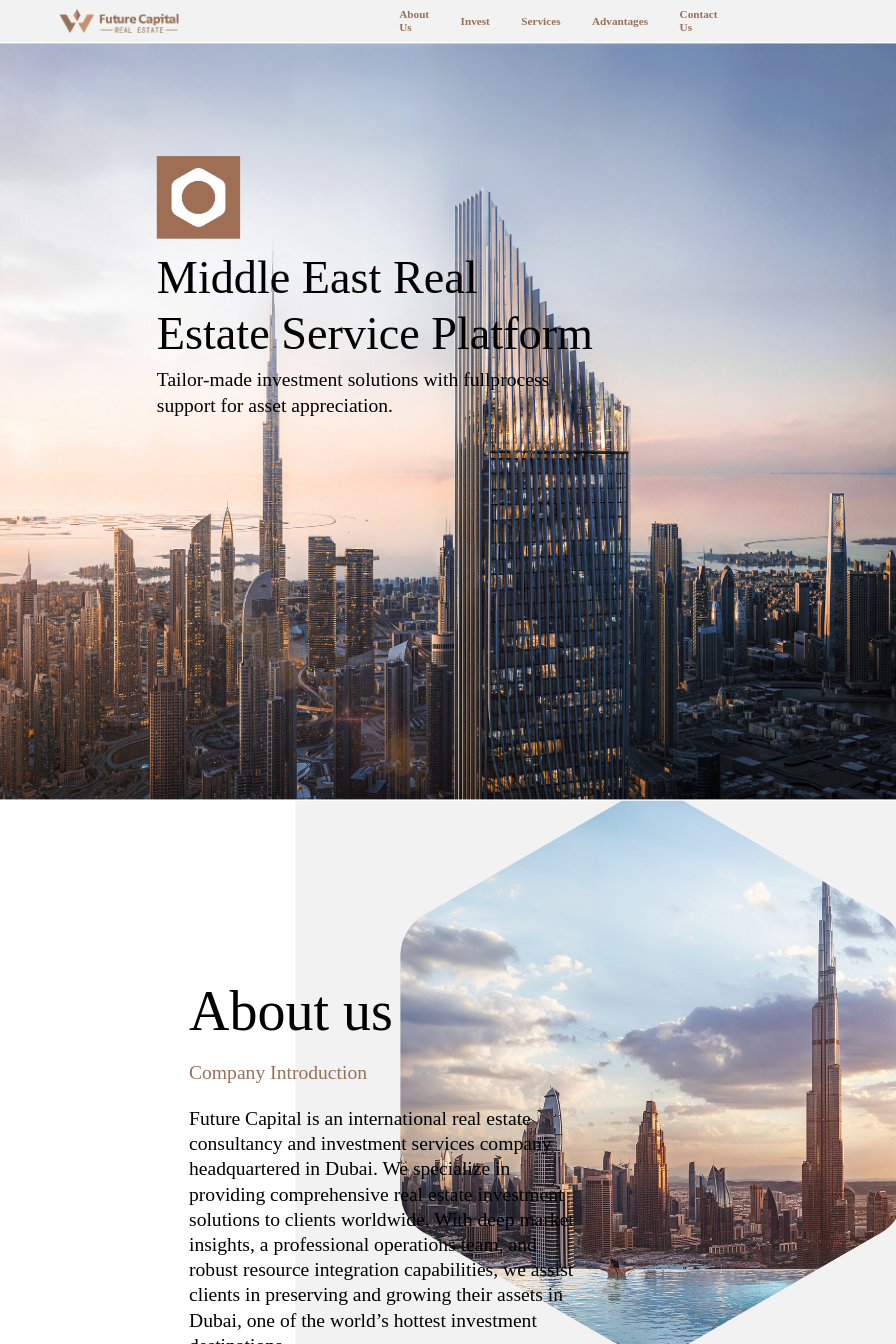
Repository: hcliu987/FutureCapital
Page: /
These files come from the project's save history. The page is drawn as it stood at one moment and after the next save; the edit follows.
The browser window is 1280 px wide. The pictures show the part of the page from y = 0 to 1920 px (the page is 8610 px tall), at 70% of full size.
The project was rebuilt for these pictures with package versions that can differ from the ones it lists, and the page was loaded fresh each time. Also part of the build but not shown: vue.config.js.

Above is the page before, as saved 2025-01-14 23:46:00.

### src/App.vue
<template>
  <homePage />
</template>

<script setup>
import homePage from "./components/homePage.vue";
</script>

<style>
html,
body {
  margin: 0;
}
</style>

### src/components/homePage.vue
<template>
  <div class="homePage">
    <div class="nav">
      <div class="left">
        <img class="toplogo" src="@/assets/logo.png" />
      </div>
      <div class="right">
        <div><a href="#aboutUs">About Us</a></div>
        <div><a href="#invest">Invest</a></div>
        <div><a href="#services">Services</a></div>
        <div><a href="#advantages">Advantages</a></div>
        <div><a href="#contactUs">Contact Us</a></div>
      </div>
    </div>
    <div class="aboutUs" id="aboutUs">
      <img class="img_bg" src="@/assets/aboutUs_bg1.jpg" />
      <img class="logo" src="@/assets/aboutUs_logo.png" />
      <div class="title">Middle East Real</div>
      <div class="title">Estate Service Platform</div>
      <div class="subInfo m1">
        Tailor-made investment solutions with fullprocess
      </div>
      <div class="subInfo">support for asset appreciation.</div>
    </div>
    <div class="aboutUs2">
      <div class="left"></div>
      <div class="right">
        <img src="@/assets/aboutUs_bg2.png" />
      </div>
      <div class="con_txt">
        <div class="title">About us</div>
        <div class="subtitle">Company Introduction</div>
        <div class="intro">
          Future Capital is an international real estate consultancy and
          investment services company headquartered in Dubai. We specialize in
          providing comprehensive real estate investment solutions to clients
          worldwide. With deep market insights, a professional operations team,
          and robust resource integration capabilities, we assist clients in
          preserving and growing their assets in Dubai, one of the world’s
          hottest investment destinations.
        </div>
      </div>
    </div>
    <div class="aboutUs3">
      <div class="left">
        <img src="@/assets/aboutUs_bg3.png" />
      </div>
      <div class="right"></div>
      <div class="con_txt">
        <div class="title">Company Vision</div>
        <div class="line"></div>
        <div class="info">
          Whether you are looking for an ideal home or exploring high-yield
          investment opportunities, Future Capital is committed to a
          customer-first philosophy. <br /><br />
          We deliver tailored investment support through exceptional service
          quality and forward-thinking market analysis, ensuring a personalized
          experience for every client.
        </div>
      </div>
    </div>
    <div class="invest" id="invest">
      <div class="top">
        <div class="title">New Opportunities</div>
        <div class="title">for Global Asset Allocation</div>
        <div class="line"></div>
      </div>
      <div class="bottom">
        <div class="row">
          <div class="item">
            <div class="pre">0%</div>
            <div class="text">
              Tax Incentives: Zero personal income tax.Zero capital gains tax.
            </div>
          </div>
          <div class="item">
            <div class="pre">6%-8%</div>
            <div class="text">
              Leading Investment Returns:The real estate market offers an
              average annual rental yield of 6%-8%.
            </div>
          </div>
          <div class="item">
            <div class="pre">12%</div>
            <div class="text">
              High-End Residential Growth:Luxury residential projects boast an
              annual sales growth rate exceeding 12%.
            </div>
          </div>
        </div>
        <div class="row">
          <div class="item">
            <div class="pre">100%</div>
            <div class="text">
              Non-UAE investors can achieve 100% foreign ownership.
            </div>
          </div>
          <div class="item">
            <div class="pre">80%</div>
            <div class="text">
              Over 80% of the population in Dubai consists of expatriates,
              leading to steadily growing housing demand.
            </div>
          </div>
          <div class="item">
            <div class="pre">60%</div>
            <div class="text">
              Located at the intersection of Europe, Asia, and Africa, 60% of
              global markets are within an 8-hour flight radius.
            </div>
          </div>
        </div>
        <div class="btext m1">
          Dubai, as a world-leading international metropolis, serves not only as
          the economic and trade hub of
        </div>
        <div class="btext">
          the Middle East but also as a focal point for global investors.
        </div>
      </div>
    </div>
    <div class="services" id="services">
      <div class="top">
        <div class="line"></div>
        <div class="item">
          <div class="title">Our Services</div>
          <div>
            Assist the rental of of primary and secondary commercial/residential
            properties.
          </div>
          <div>
            Assist the rental of of primary and secondary commercial/residential
            properties.
          </div>
        </div>
      </div>
      <div class="imgs">
        <img class="img1" src="@/assets/services_bg1.png" />
        <img class="img2" src="@/assets/services_bg2.png" />
      </div>
    </div>
    <div class="advantages1" id="advantages">
      <img src="@/assets/advantages_bg1.jpg" />
      <div class="title">Our Advantages</div>
    </div>
    <div class="advantages2">
      <div class="top">
        <div class="item">
          <div class="title">Company Introduction</div>
          <div class="info">
            A professional real estate consultancy team offering accurate market
            analysis and expert advice.
          </div>
        </div>
        <div class="item h1">
          <div class="title">High-End Resource Integration</div>
          <div class="info">
            Collaborating with Dubai’s top developers, such as EMAAR, Nakheel,
            and DAMAC, to provide exclusive properties and premium resources.
          </div>
        </div>
        <div class="item h1">
          <div class="title">Customer First</div>
          <div class="info">
            Placing client needs at the core, delivering full process,
            comprehensive support from property selection to investment
            implementation.
          </div>
        </div>
        <div class="item">
          <div class="title">Global Perspective</div>
          <div class="info">
            Serving clients worldwide, including investors from China, the UK,
            India, Europe, and Gulf countries.
          </div>
        </div>
      </div>
      <div class="img">
        <img src="@/assets/advantages_bg2.png" />
      </div>
    </div>
    <div class="contact" id="contactUs">
      <div class="left">
        <img src="@/assets/contact_bg2.png" />
      </div>
      <div class="right">
        <img src="@/assets/contact_bg1.png" />
      </div>
      <div class="content">
        <div class="title">
          <img src="@/assets/aboutUs_logo.png" />
          <div class="text">Contact US</div>
        </div>
        <div class="info">
          Thank you for your interest and trust in us! For more information
          about our projects or to discuss any inquiries and collaboration
          opportunities, feel free to reach out to our professional team. You
          can contact us through the following channels, and we look forward to
          providing you with the best service.
        </div>
        <div class="detail">
          <div class="key">Phone</div>
          <div class="value">+971 50 350 8883</div>
        </div>
        <div class="detail">
          <div class="key">Email</div>
          <div class="value">michael@futurecapital.ae</div>
        </div>
        <div class="detail">
          <div class="key">Address</div>
          <div class="value">
            3rd Floor Westburry Tower, Al Abraj Street Business Bay, Dubai
          </div>
        </div>
        <div class="end">
          We look forward to working with you to build a better future !
        </div>
      </div>
    </div>
  </div>
</template>

<script setup>
</script>


<style scoped>
.homePage {
  max-width: 1920px;
}
.nav {
  height: 60px;
  background: #f2f2f2;
  display: flex;
  align-items: center;
  justify-content: space-between;
  padding: 0 210px 0 85px;
  margin-bottom: 2px;
}
.nav .left {
  display: flex;
  align-items: center;
}
.nav .left img {
  margin-right: 12px;
}
.nav .right {
  display: flex;
  align-items: center;
  justify-content: end;
  width: 100%;
}
.nav .right div {
  margin-right: 45px;
  color: #987159;
  cursor: pointer;
  font-size: 16px;
  font-weight: bold;
}
.nav .right a {
  color: #987159;
  text-decoration: none;
}
.aboutUs {
  width: 100%;
  position: relative;
  min-height: 1080px;
  margin-bottom: 2px;
}
.aboutUs .img_bg {
  max-width: 100%;
  position: absolute;
  min-height: 1080px;
}
.aboutUs .logo {
  width: 118.5px;
  height: 118.5px;
  margin: 160.5px 0 12px 224px;
  position: relative;
  z-index: 1;
}
.nav .left .toplogo{
  width: 35%;
  height: 35%;
}
.aboutUs .title {
  margin-left: 224px;
  font-size: 66px;
  font-weight: 400;
  color: #000;
  line-height: 80px;
  position: relative;
  z-index: 1;
  font-family: ;
}
.aboutUs .subInfo {
  margin-left: 224px;
  font-size: 28px;
  line-height: 36px;
  position: relative;
  z-index: 1;
}
.aboutUs .m1 {
  margin-top: 8px;
}
.aboutUs2 {
  display: flex;
  width: 100%;
  min-height: 1080px;
  position: relative;
  margin-bottom: 2px;
}
.aboutUs2 .left {
  width: 33%;
  background: #fff;
}
.aboutUs2 .right {
  width: 67%;
  background: #f2f2f2;
  text-align: right;
}
.aboutUs2 .right img {
  max-width: 82.5%;
}
.aboutUs2 .con_txt {
  position: absolute;
  top: 260px;
  left: 270px;
  width: 573px;
}
.aboutUs2 .title {
  font-size: 80px;
  line-height: 80px;
  color: #000;
}
.aboutUs2 .subtitle {
  font-size: 28px;
  color: #987159;
  line-height: 36px;
  margin: 30px 0;
}
.aboutUs2 .intro {
  font-size: 28px;
  line-height: 36px;
}
.aboutUs3 .left {
  width: 55.7%;
}
.aboutUs3 {
  display: flex;
  width: 100%;
  position: relative;
  margin-bottom: 2px;
}
.aboutUs3 .right {
  width: 44.3%;
  background: #f2f2f2;
}
.aboutUs3 .con_txt {
  width: 851px;
  height: 678px;
  background: #fff;
  position: absolute;
  top: 110px;
  right: 110px;
  padding: 182px 0 0 132px;
}
.aboutUs3 .con_txt .title {
  font-size: 28px;
  color: #987159;
  line-height: 36px;
  margin-bottom: 66px;
}
.aboutUs3 .con_txt .line {
  height: 1px;
  width: 145px;
  margin-bottom: 38px;
  background: #987159;
}
.aboutUs3 .con_txt .info {
  width: 533px;
  font-size: 28px;
  line-height: 36px;
}
.invest .top {
  height: 360px;
  background: #fff;
  text-align: center;
  display: flex;
  align-items: center;
  flex-direction: column;
  justify-content: center;
}
.invest .top .title {
  font-size: 80px;
  color: #000;
  line-height: 80px;
}
.invest .top .line {
  height: 1px;
  background: #987159;
  width: 773px;
  margin-top: 32px;
}
.invest .bottom {
  height: 600px;
  background: #f2f2f2;
  padding: 90px 200px 30px 328px;
}
.invest .bottom .row {
  display: flex;
  justify-content: space-between;
}
.invest .bottom .row .item {
  height: 215px;
  width: 314px;
  margin-bottom: 40px;
}
.invest .bottom .row .pre {
  font-size: 80px;
  line-height: 80px;
  color: #987159;
  margin-bottom: 7.5px;
}
.invest .bottom .row .text {
  font-size: 20px;
  line-height: 25.2px;
  color: #000;
}
.invest .bottom .btext {
  width: 100%;
  text-align: center;
  font-size: 28px;
  line-height: 36px;
}
.invest .bottom .m1 {
  margin-top: 10px;
}
.services {
  min-height: 1080px;
  background: #fff;
  margin: 2px 0;
}
.services .top {
  height: 232px;
  padding: 150px 120px 150px 150px;
}
.services .top .line {
  width: 466px;
  height: 1px;
  background: #987159;
  margin-bottom: 65px;
}
.services .top .item {
  display: flex;
  align-items: center;
  justify-content: space-between;
  height: 106px;
}
.services .top .item div {
  max-width: 460px;
  font-size: 28px;
  line-height: 36px;
}
.services .top .item .title {
  max-width: 550px;
  font-size: 80px;
}
.services .imgs {
  display: flex;
  width: 100%;
}
.services .imgs .img1 {
  width: 67%;
}
.services .imgs .img2 {
  width: 33%;
}
.advantages1 {
  min-height: 1080px;
  margin-bottom: 2px;
  position: relative;
  display: flex;
  align-items: center;
  justify-content: center;
}
.advantages1 .title {
  font-size: 80px;
  position: relative;
  color: #fff;
  z-index: 1;
}
.advantages1 img {
  min-height: 1080px;
  width: 100%;
  position: absolute;
}
.advantages2 {
  min-height: 1080px;
  background: #fff;
  margin-bottom: 2px;
}
.advantages2 .img {
  height: 488px;
}
.advantages2 .top {
  height: 529px;
  padding: 63px 142px 0 172px;
  display: flex;
  justify-content: space-between;
}
.advantages2 .top .item {
  width: 332px;
}
.advantages2 .top .h1 {
  width: 345px;
}
.advantages2 .top .title {
  color: #987159;
  height: 180px;
  font-size: 28px;
  display: flex;
  align-items: flex-end;
  margin-bottom: 40px;
  font-weight: 700;
}
.advantages2 .top .info {
  font-size: 28px;
}
.advantages2 .img img {
  width: 100%;
  height: 100%;
}
.contact {
  display: flex;
  position: relative;
}
.contact .left {
  background: #f2f2f2;
  width: 50%;
  display: flex;
  align-items: center;
}
.contact .left img {
  max-width: 22%;
  position: relative;
  z-index: 1;
}
.contact .right {
  width: 50%;
  background: #987159;
  display: flex;
  align-items: center;
  justify-content: end;
}
.contact .right img {
  max-width: 60%;
}
.contact .content {
  width: 870px;
  height: 613px;
  position: absolute;
  top: 108px;
  left: 194px;
  background: #fff;
  padding: 129px 65px 120px 100px;
}
.contact .content .title {
  display: flex;
  align-items: flex-end;
  margin-bottom: 80px;
}
.contact .content img {
  width: 118px;
  height: 118px;
}
.contact .content .title .text {
  font-size: 80px;
  line-height: 80px;
  margin-left: 93px;
}
.contact .content .info {
  font-size: 28px;
  line-height: 36px;
  margin-bottom: 30px;
}
.contact .content .detail {
  display: flex;
  margin-bottom: 16px;
}
.contact .content .key,
.contact .content .value {
  min-width: 119px;
  font-size: 22px;
  color: #987159;
  line-height: 30px;
}
.contact .content .value {
  color: #000;
}
.contact .content .end {
  font-size: 28px;
  line-height: 36px;
  text-align: center;
  margin-top: 50px;
}
</style>

Loaded but not shown: public/index.html (common file); src/main.js (common file)

After the next save:
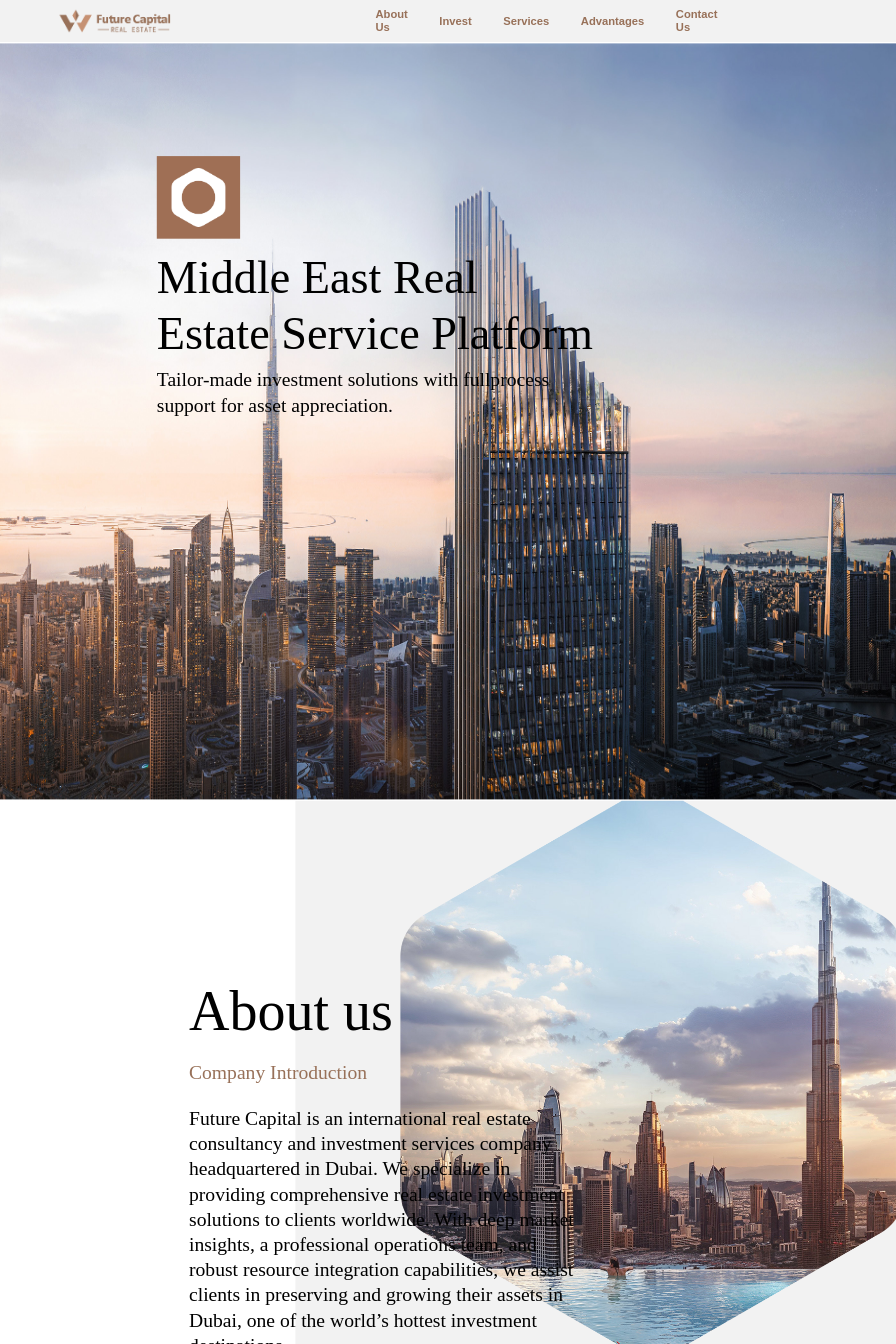
Saved 10 min 13 s later.
--- a/src/components/homePage.vue
+++ b/src/components/homePage.vue
@@ -249,6 +249,7 @@
   align-items: center;
   justify-content: end;
   width: 100%;
+  font-family: 'Outfit Bold', sans-serif;
 }
 .nav .right div {
   margin-right: 45px;

After the save that followed:
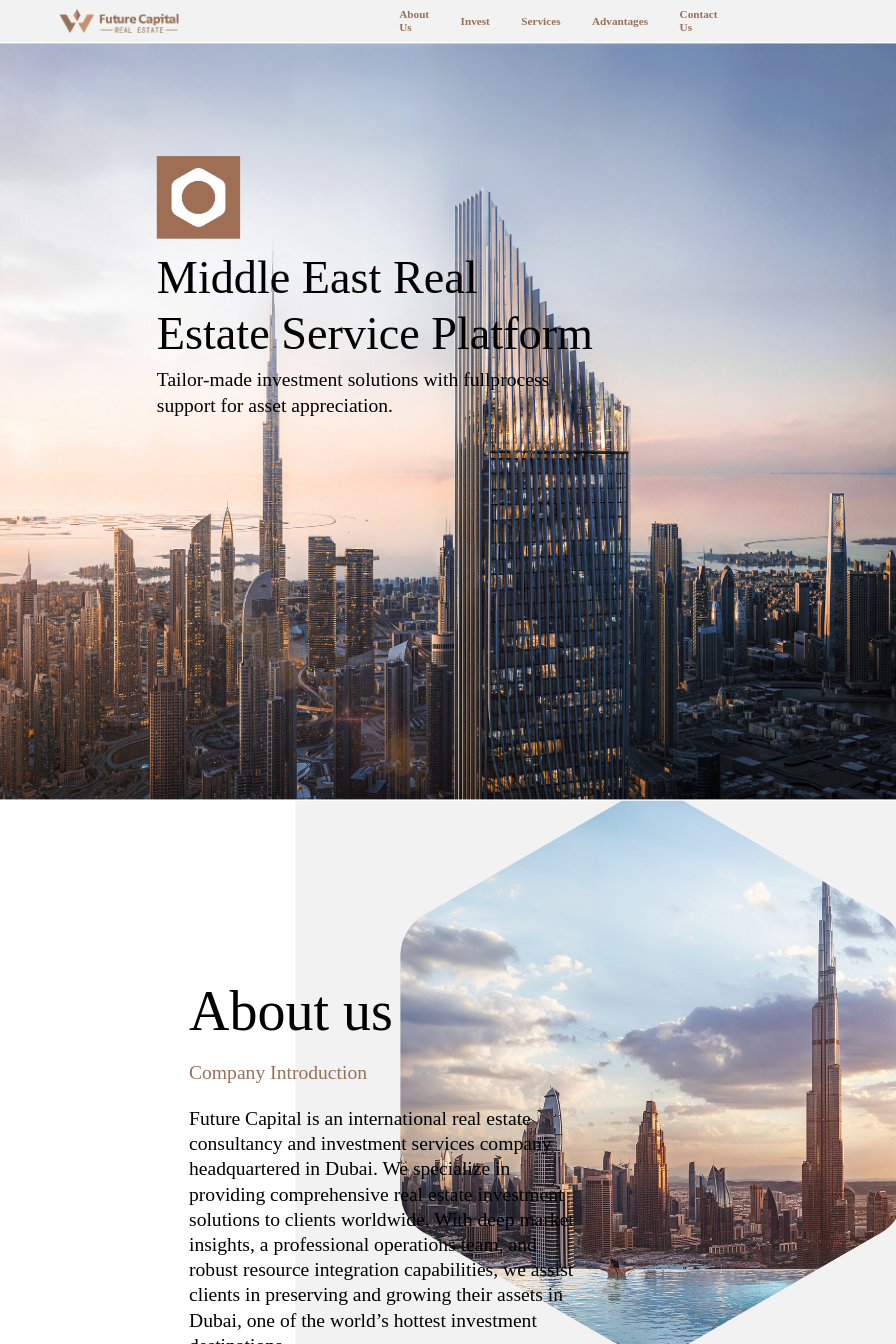
Saved 22 s later.
--- a/src/components/homePage.vue
+++ b/src/components/homePage.vue
@@ -249,7 +249,6 @@
   align-items: center;
   justify-content: end;
   width: 100%;
-  font-family: 'Outfit Bold', sans-serif;
 }
 .nav .right div {
   margin-right: 45px;
